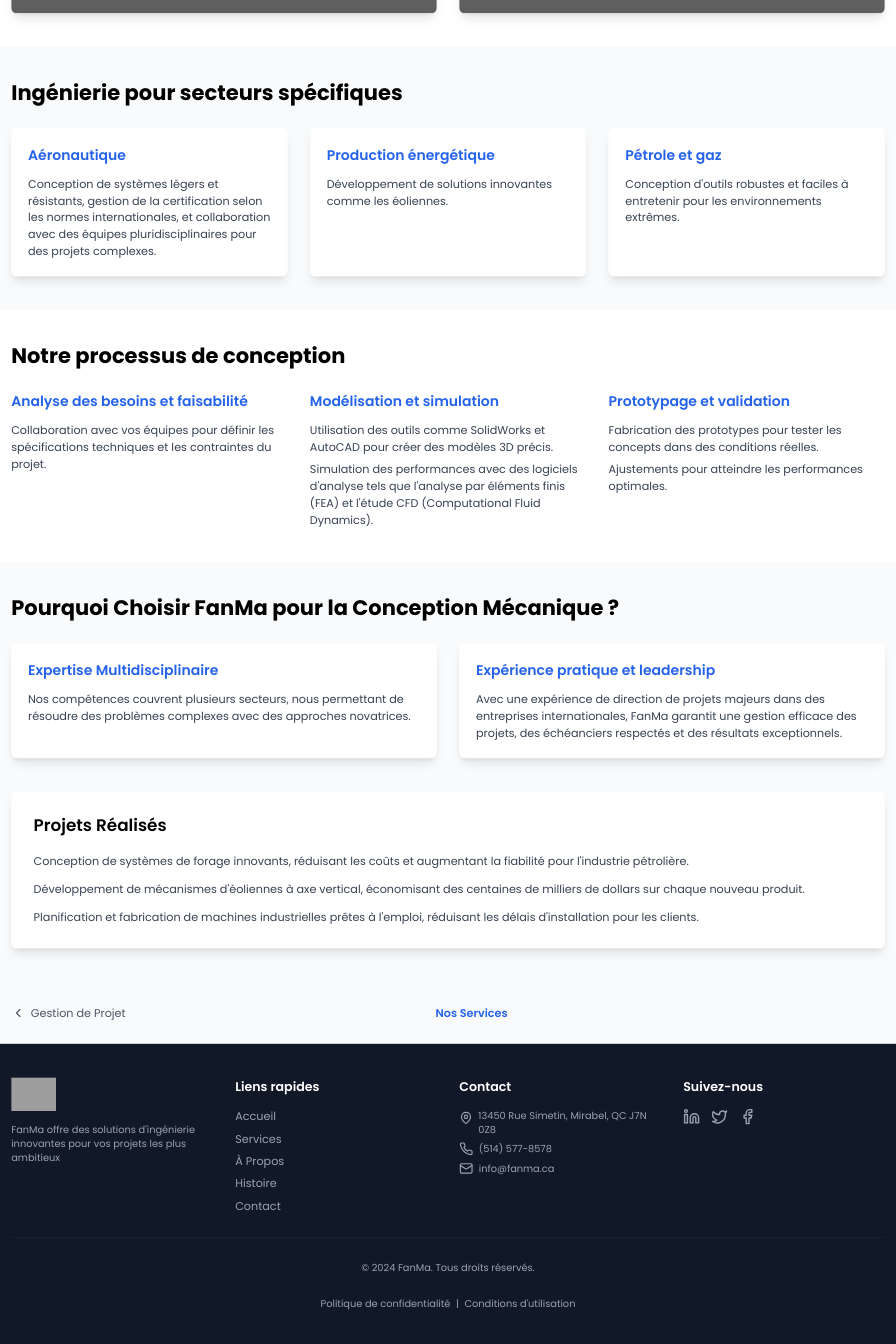
Repository: yannick930424/fanma-website
Page: /services/mechanical
These files come from the project's save history. The page is drawn as it stood at one moment and after the next save; the edit follows.
The browser window is 1280 px wide. The pictures show the part of the page from y = 1273 to 3193 px (the page is 3193 px tall), at 70% of full size.
Pictures or frames that could not be fetched are drawn as grey boxes. The page's requests for data from a server got no answer. The project was rebuilt for these pictures with package versions that can differ from the ones it lists, and the page was loaded fresh each time. No one was signed in, and anything a server would have sent is missing. Also part of the build but not shown: vite.config.ts, src/pages/services/CFD1Analysis.tsx, src/pages/services/CFD2Analysis.tsx, src/pages/legal/Legal.tsx, src/pages/legal/PrivacyPolicy.tsx, src/pages/legal/TermsOfUse.tsx.

Above is the page before, as saved 2025-01-25 11:27:48.

### index.html
<!doctype html>
<html lang="fr">
  <head>
    <meta charset="UTF-8" />
    <link rel="icon" type="image/x-icon" href="https://fanma.ca/images/favicon.ico" />
    <link rel="icon" type="image/svg+xml" href="/vite.svg" />
    <meta name="viewport" content="width=device-width, initial-scale=1.0" />
    <title>FanMa Expert-conseil | Solutions d'ingénierie innovantes</title>

    <!-- SEO Meta Tags -->
    <meta name="description" content="FanMa Expert-conseil - Solutions d'ingénierie innovantes. Expertise en codes et normes, gestion de projet et conception mécanique au Québec.">
    <meta name="keywords" content="ingénierie, gestion de projet, conception mécanique, codes et normes, Québec, Montréal">

    <!-- Open Graph Meta Tags -->
    <meta property="og:title" content="FanMa Expert-conseil | Solutions d'ingénierie innovantes">
    <meta property="og:description" content="Solutions d'ingénierie innovantes pour vos projets les plus ambitieux">
    <meta property="og:image" content="https://fanma.ca/images/og-image.jpg">
    <meta property="og:url" content="https://fanma.ca">
    <meta property="og:type" content="website">

    <!-- Twitter Card Meta Tags -->
    <meta name="twitter:card" content="summary_large_image">
    <meta name="twitter:title" content="FanMa Expert-conseil">
    <meta name="twitter:description" content="Solutions d'ingénierie innovantes pour vos projets les plus ambitieux">
    <meta name="twitter:image" content="https://fanma.ca/images/og-image.jpg">

    <!-- Canonical URL -->
    <link rel="canonical" href="https://fanma.ca">
  </head>
  <body>
    <div id="root"></div>
    <script type="module" src="/src/main.tsx"></script>
  </body>
</html>

### src/App.tsx
import React, { Suspense } from 'react';
import { BrowserRouter, useRoutes } from 'react-router-dom';
import AnalyticsProvider from './components/analytics/AnalyticsProvider';
import { routes } from './routes';
import LoadingSpinner from './components/common/LoadingSpinner';
import CookieConsentBanner from './components/CookieConsentBanner';

function AppRoutes() {
  return useRoutes(routes);
}

function App() {
  return (
    <AnalyticsProvider>
      <BrowserRouter>
        <Suspense fallback={<LoadingSpinner />}>
          <AppRoutes />
        </Suspense>
        <CookieConsentBanner />
      </BrowserRouter>
    </AnalyticsProvider>
  );
}

export default App;

### src/index.css
@import url('https://fonts.googleapis.com/css2?family=Poppins:wght@300;400;500;600;700&display=swap');

@tailwind base;
@tailwind components;
@tailwind utilities;

:root {
  --primary-color: #2563eb;
  --secondary-color: #1e40af;
  --accent-color: #fbbf24;
  --text-color: #1f2937;
  --bg-light: #f3f4f6;
  --bg-medium: #e5e7eb;
  --bg-dark: #d1d5db;
}

body {
  font-family: 'Poppins', sans-serif;
}

.lang-btn {
  @apply px-2 py-1 rounded transition-colors duration-300;
}

.nav-link {
  @apply px-6 py-2 border-2 border-blue-600 rounded-full text-gray-700 hover:bg-blue-600 hover:text-white transition-all duration-300;
}

### src/components/analytics/AnalyticsProvider.tsx
import React, { useEffect } from 'react';
import { initGA4, initGTM, initGoogleAds } from '../../services/analytics';

export default function AnalyticsProvider({ children }: { children: React.ReactNode }) {
  useEffect(() => {
    // Initialize all analytics services
    initGTM();
    initGA4();
    initGoogleAds();
  }, []);

  return <>{children}</>;
}

### src/components/common/LoadingSpinner.tsx
import React from 'react';
import { Loader } from 'lucide-react';

export default function LoadingSpinner() {
  return (
    <div className="fixed inset-0 flex items-center justify-center bg-white bg-opacity-75">
      <Loader className="w-8 h-8 text-blue-600 animate-spin" />
    </div>
  );
}

### src/services/analytics/index.ts
export * from './ga4';
export * from './gtm';
export * from './google-ads';
export * from './types';

### src/pages/services/MechanicalService.tsx
import React from 'react';
import ServiceHero from '../../components/services/ServiceHero';
import ServiceNavigation from '../../components/services/ServiceNavigation';
import ExpertiseSection from '../../components/services/mechanical/ExpertiseSection';
import IndustriesSection from '../../components/services/mechanical/IndustriesSection';
import ProcessSection from '../../components/services/mechanical/ProcessSection';
import WhyChooseSection from '../../components/services/mechanical/WhyChooseSection';
import CFDSection from '../../components/services/mechanical/CFDSection';

export default function MechanicalService() {
  return (
    <div>
      <ServiceHero serviceKey="mechanical" />
      <ExpertiseSection />
      <CFDSection />
      <IndustriesSection />
      <ProcessSection />
      <WhyChooseSection />
      <ServiceNavigation currentService="mechanical" />
    </div>
  );
}

### src/hooks/useLanguage.ts
import { create } from 'zustand';

type LanguageStore = {
  language: 'fr' | 'en';
  setLanguage: (language: 'fr' | 'en') => void;
};

export const useLanguage = create<LanguageStore>((set) => ({
  language: 'fr',
  setLanguage: (language) => set({ language }),
}));

### src/i18n/translations.ts
import { translations as allTranslations } from './translations/index';

export const translations = allTranslations;

### src/services/analytics/ga4.ts
import { analyticsConfig } from './config';
import type { AnalyticsEvent } from './types';

declare global {
  interface Window {
    gtag: (...args: any[]) => void;
  }
}

export function initGA4(): void {
  const { measurementId } = analyticsConfig.googleAnalytics;

  if (!measurementId) {
    console.warn('GA4 Measurement ID is not configured');
    return;
  }

  // Initialize Google Analytics 4
  const script = document.createElement('script');
  script.async = true;
  script.src = `https://www.googletagmanager.com/gtag/js?id=${measurementId}`;
  document.head.appendChild(script);

  window.dataLayer = window.dataLayer || [];
  window.gtag = function() {
    window.dataLayer.push(arguments);
  };
  window.gtag('js', new Date());
  window.gtag('config', measurementId);
}

export function trackEvent(event: AnalyticsEvent): void {
  if (!window.gtag) {
    console.warn('Google Analytics not initialized');
    return;
  }

  window.gtag('event', event.action, {
    event_category: event.category,
    event_label: event.label,
    value: event.value,
  });
}

### src/services/analytics/gtm.ts
import { analyticsConfig } from './config';

export function initGTM(): void {
  const { containerId } = analyticsConfig.googleTagManager;

  if (!containerId) {
    console.warn('GTM Container ID is not configured');
    return;
  }

  // Initialize Google Tag Manager
  const script = document.createElement('script');
  script.innerHTML = `
    (function(w,d,s,l,i){w[l]=w[l]||[];w[l].push({'gtm.start':
    new Date().getTime(),event:'gtm.js'});var f=d.getElementsByTagName(s)[0],
    j=d.createElement(s),dl=l!='dataLayer'?'&l='+l:'';j.async=true;j.src=
    'https://www.googletagmanager.com/gtm.js?id='+i+dl;f.parentNode.insertBefore(j,f);
    })(window,document,'script','dataLayer','${containerId}');
  `;
  document.head.appendChild(script);

  // Add GTM noscript iframe
  const noscript = document.createElement('noscript');
  const iframe = document.createElement('iframe');
  iframe.src = `https://www.googletagmanager.com/ns.html?id=${containerId}`;
  iframe.height = '0';
  iframe.width = '0';
  iframe.style.display = 'none';
  iframe.style.visibility = 'hidden';
  noscript.appendChild(iframe);
  document.body.appendChild(noscript);
}

### src/services/analytics/google-ads.ts
import { analyticsConfig } from './config';

export function initGoogleAds(): void {
  const { conversionId } = analyticsConfig.googleAds;

  if (!conversionId) {
    console.warn('Google Ads Conversion ID is not configured');
    return;
  }

  // Initialize Google Ads
  const script = document.createElement('script');
  script.async = true;
  script.src = `https://www.googletagmanager.com/gtag/js?id=AW-${conversionId}`;
  document.head.appendChild(script);

  window.dataLayer = window.dataLayer || [];
  window.gtag = function() {
    window.dataLayer.push(arguments);
  };
  window.gtag('js', new Date());
  window.gtag('config', `AW-${conversionId}`);
}

export function trackConversion(conversionLabel: string, value?: number): void {
  const { conversionId } = analyticsConfig.googleAds;

  if (!window.gtag) {
    console.warn('Google Ads not initialized');
    return;
  }

  window.gtag('event', 'conversion', {
    send_to: `AW-${conversionId}/${conversionLabel}`,
    value: value,
    currency: 'CAD',
  });
}

### src/services/analytics/types.ts
export interface AnalyticsConfig {
  googleAnalytics: {
    measurementId: string;
  };
  googleAds: {
    conversionId: string;
  };
  googleTagManager: {
    containerId: string;
  };
}

export interface AnalyticsEvent {
  category: string;
  action: string;
  label?: string;
  value?: number;
}

### src/components/LanguageSwitch.tsx
import React from 'react';
import { useLanguage } from '../hooks/useLanguage';

export default function LanguageSwitch() {
  const { language, setLanguage } = useLanguage();

  return (
    <div className="flex items-center space-x-2">
      <button
        onClick={() => setLanguage('fr')}
        className={`lang-btn ${language === 'fr' ? 'bg-blue-600 text-white' : 'text-gray-700'}`}
      >
        FR
      </button>
      <button
        onClick={() => setLanguage('en')}
        className={`lang-btn ${language === 'en' ? 'bg-blue-600 text-white' : 'text-gray-700'}`}
      >
        EN
      </button>
    </div>
  );
}

### src/components/Footer/Footer.tsx
import React from 'react';
import { Link } from 'react-router-dom';
import { useLanguage } from '../../hooks/useLanguage';
import { translations } from '../../i18n/translations';
import SocialLinks from './SocialLinks';
import ContactInfo from './ContactInfo';
import QuickLinks from './QuickLinks';

export default function Footer() {
  const { language } = useLanguage();
  const t = translations[language];

  return (
    <footer className="bg-gray-900 text-white py-12">
      <div className="container mx-auto px-4">
        <div className="grid grid-cols-1 md:grid-cols-4 gap-8">
          <div>
            <img src="https://fanma.ca/images/logo.png" alt="FanMa Logo" className="h-12 mb-4" />
            <p className="text-sm text-gray-400">{t.footer.description}</p>
          </div>

          <div>
            <h4 className="text-lg font-semibold mb-4">{t.footer.quickLinks}</h4>
            <QuickLinks />
          </div>

          <div>
            <h4 className="text-lg font-semibold mb-4">{t.footer.contact}</h4>
            <ContactInfo />
          </div>

          <div>
            <h4 className="text-lg font-semibold mb-4">{t.footer.followUs}</h4>
            <SocialLinks />
          </div>
        </div>

        <div className="border-t border-gray-800 mt-8 pt-8 text-center text-sm text-gray-400">
          <p>{t.footer.copyright}</p>
          <div className="mt-8 text-center text-sm">
            <Link to="/privacy" className="text-gray-400 hover:text-white transition duration-300">
              {t.footer.privacyPolicy}
            </Link>
            <span className="mx-2">|</span>
            <Link to="/terms" className="text-gray-400 hover:text-white transition duration-300">
              {t.footer.termsOfUse}
            </Link>
          </div>
        </div>
      </div>
    </footer>
  );
}

### src/components/services/ServiceHero.tsx
import React from 'react';
import { useLanguage } from '../../hooks/useLanguage';
import { translations } from '../../i18n/translations';
import { BookOpen, Target, Wrench } from 'lucide-react';

const serviceIcons = {
  codes: BookOpen,
  management: Target,
  mechanical: Wrench,
};

interface ServiceHeroProps {
  serviceKey: keyof typeof serviceIcons;
}

export default function ServiceHero({ serviceKey }: ServiceHeroProps) {
  const { language } = useLanguage();
  const t = translations[language];
  const Icon = serviceIcons[serviceKey];

  return (
    <div className="bg-gradient-to-b from-blue-50 to-white py-20">
      <div className="max-w-4xl mx-auto px-4 text-center">
        <Icon className="w-16 h-16 text-blue-600 mx-auto mb-6" />
        <h1 className="text-4xl md:text-5xl font-bold text-gray-900 mb-6">
          {t.services[serviceKey].title}
        </h1>
        <p className="text-xl text-gray-700">
          {t.services[serviceKey].description}
        </p>
      </div>
    </div>
  );
}

### src/components/services/mechanical/IndustriesSection.tsx
import React from 'react';

export default function IndustriesSection() {
  return (
    <section className="py-12 bg-gray-50">
      <div className="max-w-7xl mx-auto px-4">
        <h2 className="text-3xl font-bold mb-8">Ingénierie pour secteurs spécifiques</h2>
        <div className="grid md:grid-cols-3 gap-8">
          <div className="bg-white p-6 rounded-lg shadow-lg">
            <h3 className="text-xl font-semibold text-blue-600 mb-4">Aéronautique</h3>
            <p className="text-gray-700">
              Conception de systèmes légers et résistants, gestion de la certification selon les normes internationales,
              et collaboration avec des équipes pluridisciplinaires pour des projets complexes.
            </p>
          </div>

          <div className="bg-white p-6 rounded-lg shadow-lg">
            <h3 className="text-xl font-semibold text-blue-600 mb-4">Production énergétique</h3>
            <p className="text-gray-700">
              Développement de solutions innovantes comme les éoliennes.
            </p>
          </div>

          <div className="bg-white p-6 rounded-lg shadow-lg">
            <h3 className="text-xl font-semibold text-blue-600 mb-4">Pétrole et gaz</h3>
            <p className="text-gray-700">
              Conception d'outils robustes et faciles à entretenir pour les environnements extrêmes.
            </p>
          </div>
        </div>
      </div>
    </section>
  );
}

### src/services/analytics/config.ts
import { AnalyticsConfig } from './types';

export const analyticsConfig: AnalyticsConfig = {
  googleAnalytics: {
    measurementId: import.meta.env.VITE_GA_MEASUREMENT_ID,
  },
  googleAds: {
    conversionId: import.meta.env.VITE_GOOGLE_ADS_CONVERSION_ID,
  },
  googleTagManager: {
    containerId: import.meta.env.VITE_GTM_CONTAINER_ID,
  },
};

### src/components/Footer/SocialLinks.tsx
import React from 'react';
import { Linkedin, Twitter, Facebook } from 'lucide-react';

const socialLinks = {
  linkedin: "https://www.linkedin.com/company/fanma-expert-conseil",
  twitter: "https://twitter.com/fanma",
  facebook: "https://facebook.com/fanma"
};

export default function SocialLinks() {
  return (
    <div className="flex space-x-4">
      <a href={socialLinks.linkedin} className="text-gray-400 hover:text-white transition duration-300" target="_blank" rel="noopener noreferrer">
        <Linkedin className="w-6 h-6" />
      </a>
      <a href={socialLinks.twitter} className="text-gray-400 hover:text-white transition duration-300" target="_blank" rel="noopener noreferrer">
        <Twitter className="w-6 h-6" />
      </a>
      <a href={socialLinks.facebook} className="text-gray-400 hover:text-white transition duration-300" target="_blank" rel="noopener noreferrer">
        <Facebook className="w-6 h-6" />
      </a>
    </div>
  );
}

### src/components/Footer/ContactInfo.tsx
import React from 'react';
import { MapPin, Phone, Mail } from 'lucide-react';
import { useLanguage } from '../../hooks/useLanguage';
import { translations } from '../../i18n/translations';

export default function ContactInfo() {
  const { language } = useLanguage();
  const t = translations[language];

  return (
    <ul className="space-y-2 text-sm text-gray-400">
      <li className="flex items-start">
        <MapPin className="w-5 h-5 mr-2 mt-1" />
        <span>{t.footer.address}</span>
      </li>
      <li className="flex items-center">
        <Phone className="w-5 h-5 mr-2" />
        <span>{t.footer.phone}</span>
      </li>
      <li className="flex items-center">
        <Mail className="w-5 h-5 mr-2" />
        <span>{t.footer.email}</span>
      </li>
    </ul>
  );
}

### src/components/Footer/QuickLinks.tsx
import React from 'react';
import { Link } from 'react-router-dom';
import { useLanguage } from '../../hooks/useLanguage';
import { translations } from '../../i18n/translations';

export default function QuickLinks() {
  const { language } = useLanguage();
  const t = translations[language];

  return (
    <ul className="space-y-2">
      <li>
        <Link to="/" className="text-gray-400 hover:text-white transition duration-300">
          {t.nav.home}
        </Link>
      </li>
      <li>
        <Link to="/services" className="text-gray-400 hover:text-white transition duration-300">
          {t.nav.services}
        </Link>
      </li>
      <li>
        <Link to="/about" className="text-gray-400 hover:text-white transition duration-300">
          {t.nav.about}
        </Link>
      </li>
      <li>
        <Link to="/history" className="text-gray-400 hover:text-white transition duration-300">
          {t.nav.history}
        </Link>
      </li>
      <li>
        <Link to="/contact" className="text-gray-400 hover:text-white transition duration-300">
          {t.nav.contact}
        </Link>
      </li>
    </ul>
  );
}

### src/i18n/translations/common.ts

export const commonTranslations = {
  fr: {
    nav: {
      home: 'Accueil',
      services: 'Services',
      about: 'À Propos',
      history: 'Histoire',
      contact: 'Contact'
    },
    footer: {
      quickLinks: 'Liens rapides',
      contact: 'Contact',
      followUs: 'Suivez-nous',
      description: 'FanMa offre des solutions d\'ingénierie innovantes pour vos projets les plus ambitieux',
      address: '13450 Rue Simetin, Mirabel, QC J7N 0Z8',
      phone: '(514) 577-8578',
      email: 'info@fanma.ca',
      copyright: '© 2024 FanMa. Tous droits réservés.',
      privacyPolicy: 'Politique de confidentialité',
      termsOfUse: 'Conditions d\'utilisation'
    }
  },
  en: {
    nav: {
      home: 'Home',
      services: 'Services',
      about: 'About',
      history: 'History',
      contact: 'Contact'
    },
    footer: {
      quickLinks: 'Quick Links',
      contact: 'Contact',
      followUs: 'Follow Us',
      description: 'FanMa provides innovative engineering solutions for your most ambitious projects',
      address: '13450 Rue Simetin, Mirabel, QC J7N 0Z8',
      phone: '(514) 577-8578',
      email: 'info@fanma.ca',
      copyright: '© 2024 FanMa. All rights reserved.',
      privacyPolicy: 'Privacy Policy',
      termsOfUse: 'Terms of Use'
    }
  }
};

### src/i18n/translations/pages/home.ts
export const homeTranslations = {
  fr: {
    hero: {
      title: 'FanMa Expert-conseil',
      subtitle1: 'Codes et normes',
      subtitle2: 'Gestion de projet',
      subtitle3: 'Conception mécanique',
      description: 'Votre partenaire pour des solutions d\'ingénierie innovantes depuis plus de 15 ans.',
      cta: 'Contactez-nous'
    },
    about: {
      title: 'L\'Innovation au service de la performance',
      description: 'Chez FanMa, nous sommes plus qu\'un simple bureau de génie-conseil : nous sommes des partenaires stratégiques pour vos projets. Forts de plus de 15 ans d\'expérience multidisciplinaire et d\'une expertise reconnue dans des secteurs variés, nous transformons vos défis en opportunités.',
      cta: 'En savoir plus'
    }
  },
  en: {
    hero: {
      title: 'FanMa Engineering',
      subtitle1: 'Codes and Standards',
      subtitle2: 'Project Management',
      subtitle3: 'Mechanical Design',
      description: 'Your partner for innovative engineering solutions for over 15 years.',
      cta: 'Contact Us'
    },
    about: {
      title: 'Innovation driving performance',
      description: 'At FanMa, we are more than just an engineering consulting firm: we are strategic partners for your projects. With over 15 years of multidisciplinary experience and recognized expertise in various sectors, we transform your challenges into opportunities.',
      cta: 'Learn More'
    }
  }
};

### src/i18n/translations/services/index.ts
export const servicesTranslations = {
  fr: {
    title: 'Nos Services',
    subtitle: 'Des solutions complètes pour vos besoins en ingénierie'
  },
  en: {
    title: 'Our Services',
    subtitle: 'Comprehensive solutions for your engineering needs'
  }
};

Loaded but not shown: src/main.tsx (common file); tailwind.config.js (common file); src/i18n/translations/services/mechanical/cfd.ts (188 lines, source omitted); src/i18n/translations/services/mechanical.ts (200 lines, source omitted); src/i18n/translations/legal.ts (194 lines, source omitted); src/i18n/translations/services/codes.ts (158 lines, source omitted); src/i18n/translations/services/management.ts (156 lines, source omitted); src/components/CookieConsentBanner.tsx (175 lines, source omitted); src/i18n/translations/pages/about.ts (66 lines, source omitted); src/i18n/translations/cookies.ts (105 lines, source omitted); src/components/Layout.tsx (97 lines, source omitted); src/i18n/translations/pages/history.ts (66 lines, source omitted); src/i18n/translations/pages/contact.ts (76 lines, source omitted); src/components/services/mechanical/ExpertiseSection.tsx (45 lines, source omitted); src/components/services/mechanical/CFDSection.tsx (48 lines, source omitted); src/components/services/mechanical/WhyChooseSection.tsx (41 lines, source omitted); src/components/services/ServiceNavigation.tsx (60 lines, source omitted); src/routes/index.tsx (50 lines, source omitted); src/components/services/mechanical/ProcessSection.tsx (36 lines, source omitted); src/i18n/translations/index.ts (46 lines, source omitted)

After the next save:
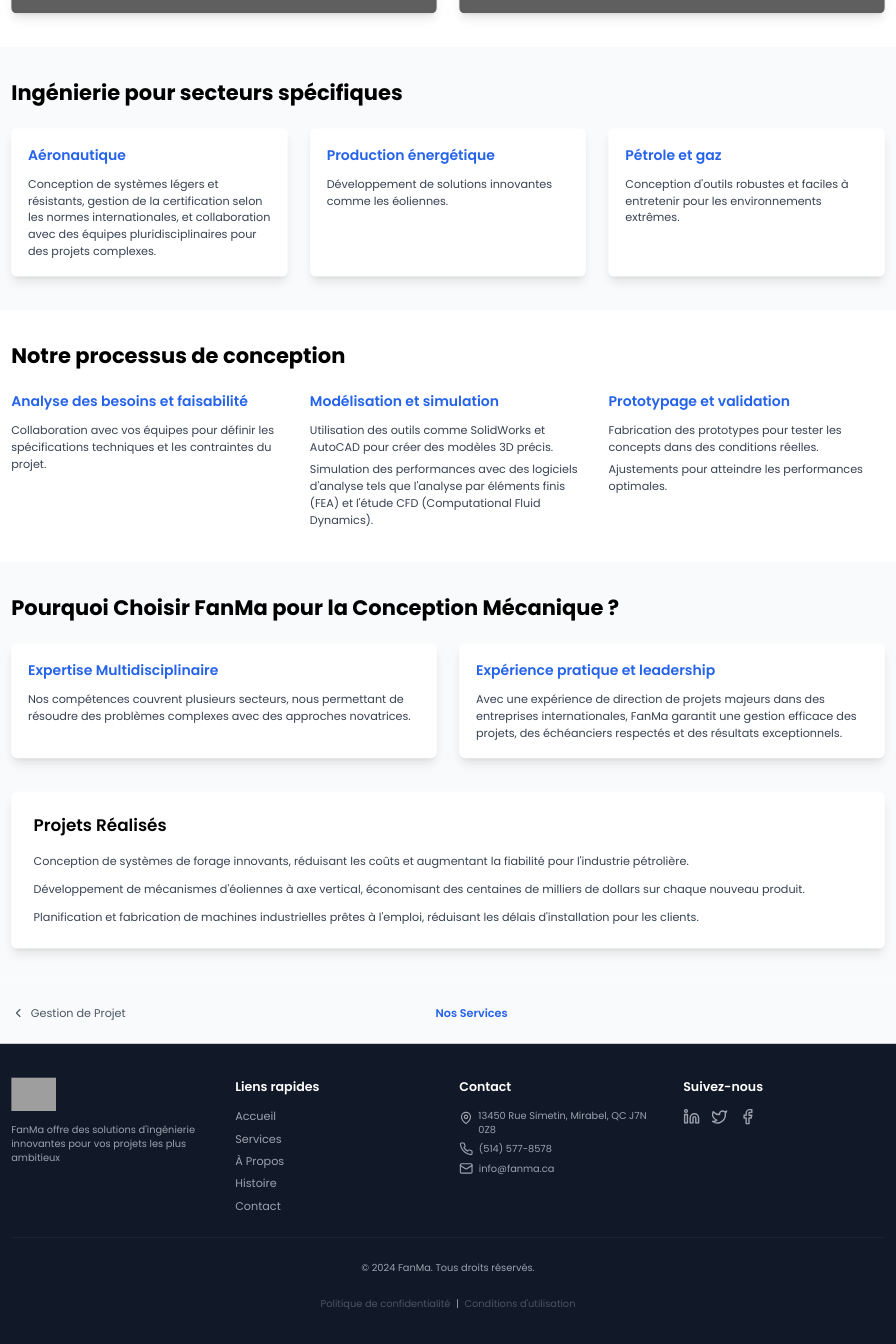
Saved 5 min 15 s later.
--- a/src/components/Footer/Footer.tsx
+++ b/src/components/Footer/Footer.tsx
@@ -38,13 +38,13 @@
         <div className="border-t border-gray-800 mt-8 pt-8 text-center text-sm text-gray-400">
           <p>{t.footer.copyright}</p>
           <div className="mt-8 text-center text-sm">
-            <Link to="/privacy" className="text-gray-400 hover:text-white transition duration-300">
-              {t.footer.privacyPolicy}
-            </Link>
+          <Link to="/legal/privacy" className="text-gray-600 hover:text-gray-900">
+            {t.footer.privacyPolicy}
+          </Link>
             <span className="mx-2">|</span>
-            <Link to="/terms" className="text-gray-400 hover:text-white transition duration-300">
-              {t.footer.termsOfUse}
-            </Link>
+            <Link to="/legal/terms" className="text-gray-600 hover:text-gray-900">
+            {t.footer.termsOfUse}
+          </Link>
           </div>
         </div>
       </div>
